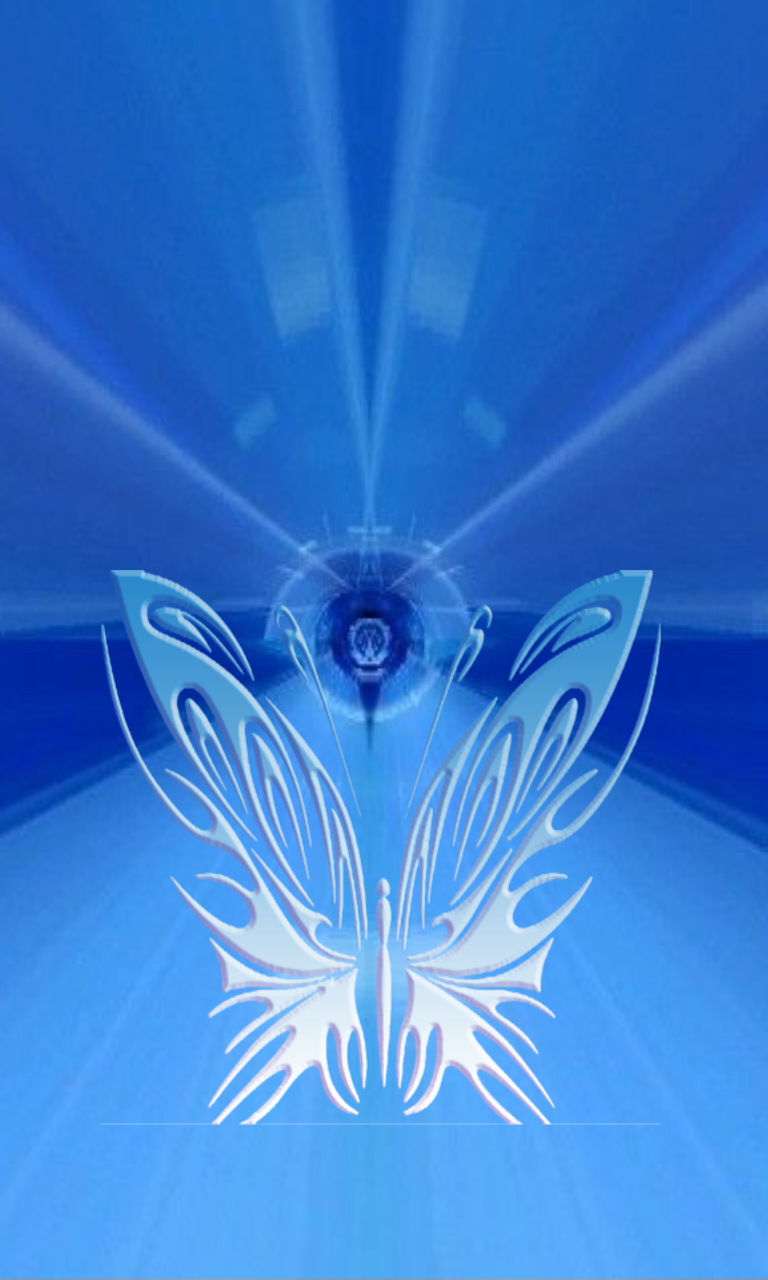
Repository: mimimy/MassagePro
Layout: BLE-Version/MassageTool/res/layout/activity_splash.xml
The author's editor kept a copy of each file at every save. The layout is drawn from the files as they stood at one save, then again after the next save.
It is drawn on a 768 x 1280 px phone screen (xhdpi) without system bars, with theme AppTheme; the app's code is not run.

Above is the layout before, as saved 2018-07-24 00:42:19.

### BLE-Version/MassageTool/res/layout/activity_splash.xml
<RelativeLayout xmlns:android="http://schemas.android.com/apk/res/android"
    xmlns:tools="http://schemas.android.com/tools"
    android:id="@+id/rl_root"
    android:layout_width="match_parent"
    android:layout_height="match_parent"
    android:background="@drawable/bgm"
    tools:context="com.example.splash.SplashActivity" >

    <ImageView
        android:id="@+id/imageView1"
        android:layout_width="wrap_content"
        android:layout_height="wrap_content"
        android:layout_alignParentBottom="true"
        android:layout_centerHorizontal="true"
        android:layout_marginBottom="75dp"
        android:src="@drawable/butterfly" />

</RelativeLayout>

Loaded but not shown: BLE-Version/MassageTool/res/values/styles.xml (common file); BLE-Version/MassageTool/res/values-v11/styles.xml (common file); BLE-Version/MassageTool/res/values-v14/styles.xml (common file)

After the next save:
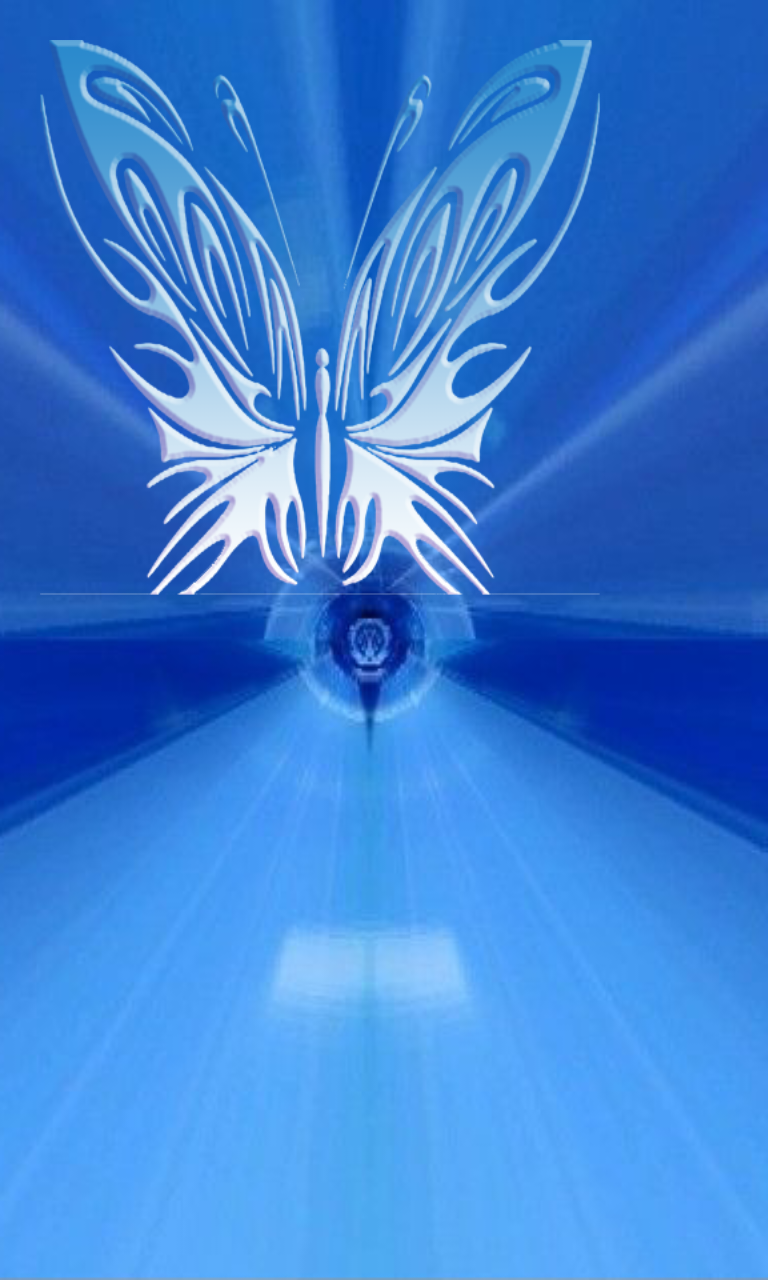
Saved 83 s later.
--- a/BLE-Version/MassageTool/res/layout/activity_splash.xml
+++ b/BLE-Version/MassageTool/res/layout/activity_splash.xml
@@ -7,12 +7,10 @@
     tools:context="com.example.splash.SplashActivity" >
 
     <ImageView
+        android:layout_margin="20dp"
         android:id="@+id/imageView1"
         android:layout_width="wrap_content"
         android:layout_height="wrap_content"
-        android:layout_alignParentBottom="true"
-        android:layout_centerHorizontal="true"
-        android:layout_marginBottom="75dp"
         android:src="@drawable/butterfly" />
 
 </RelativeLayout>
